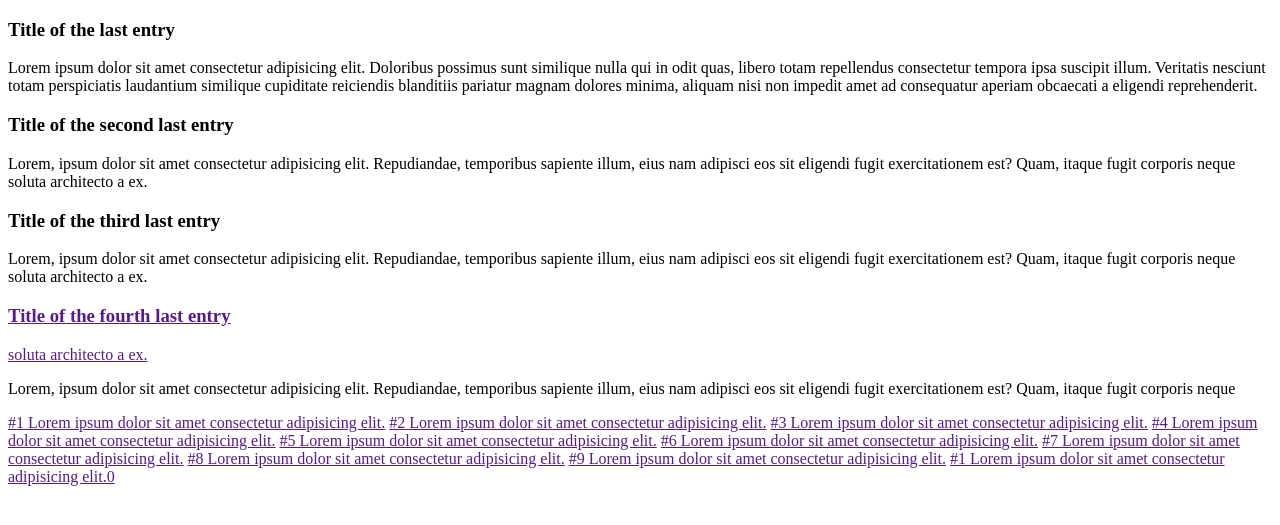
Repository: KikiMcArron/Don_Kiki_McArron
Page: index.html
These files come from the project's save history. The page is drawn as it stood at one moment and after the next save; the edit follows.
The browser window is 1280 px wide. The pictures show the whole page.

Above is the page before, as saved 2022-04-10 19:23:48.

After the next save:
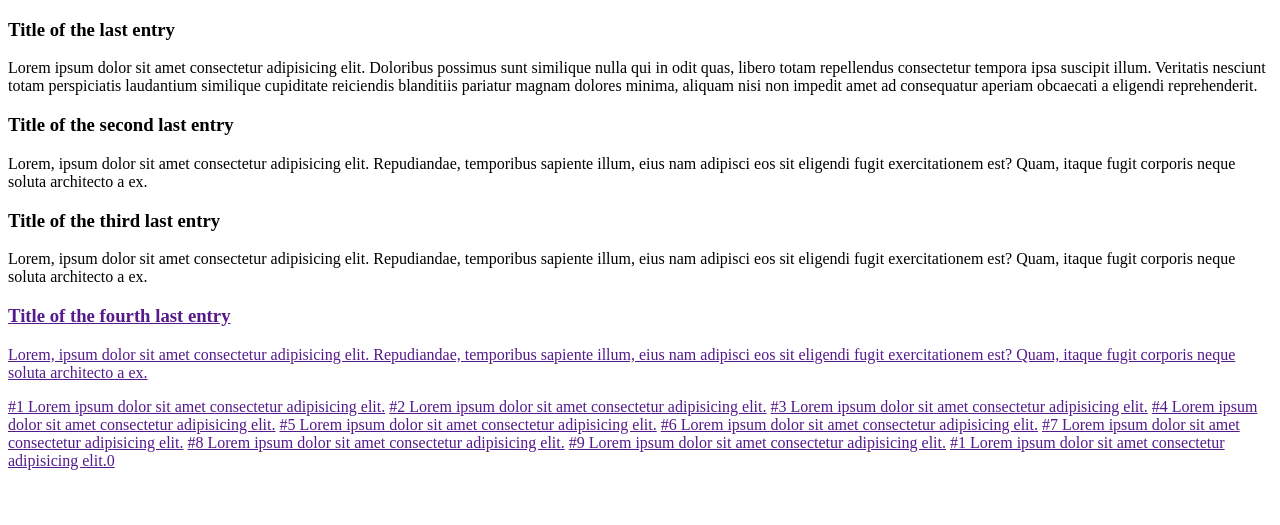
Saved 18 s later.
--- a/index.html
+++ b/index.html
@@ -37,9 +37,9 @@
                     </article>
                     <article>
                         <a href=""><h3>Title of the fourth last entry</h3>
-                            soluta architecto a ex.</p></a>
-                <p>Lorem, ipsum dolor sit amet consectetur adipisicing elit. Repudiandae, temporibus sapiente illum,
-                    eius nam adipisci eos sit eligendi fugit exercitationem est? Quam, itaque fugit corporis neque
+                            <p>Lorem, ipsum dolor sit amet consectetur adipisicing elit. Repudiandae, temporibus sapiente illum,
+                                eius nam adipisci eos sit eligendi fugit exercitationem est? Quam, itaque fugit corporis neque
+                                soluta architecto a ex.</p>
             </article>
         </section>
         <section class="hitory_entries">
